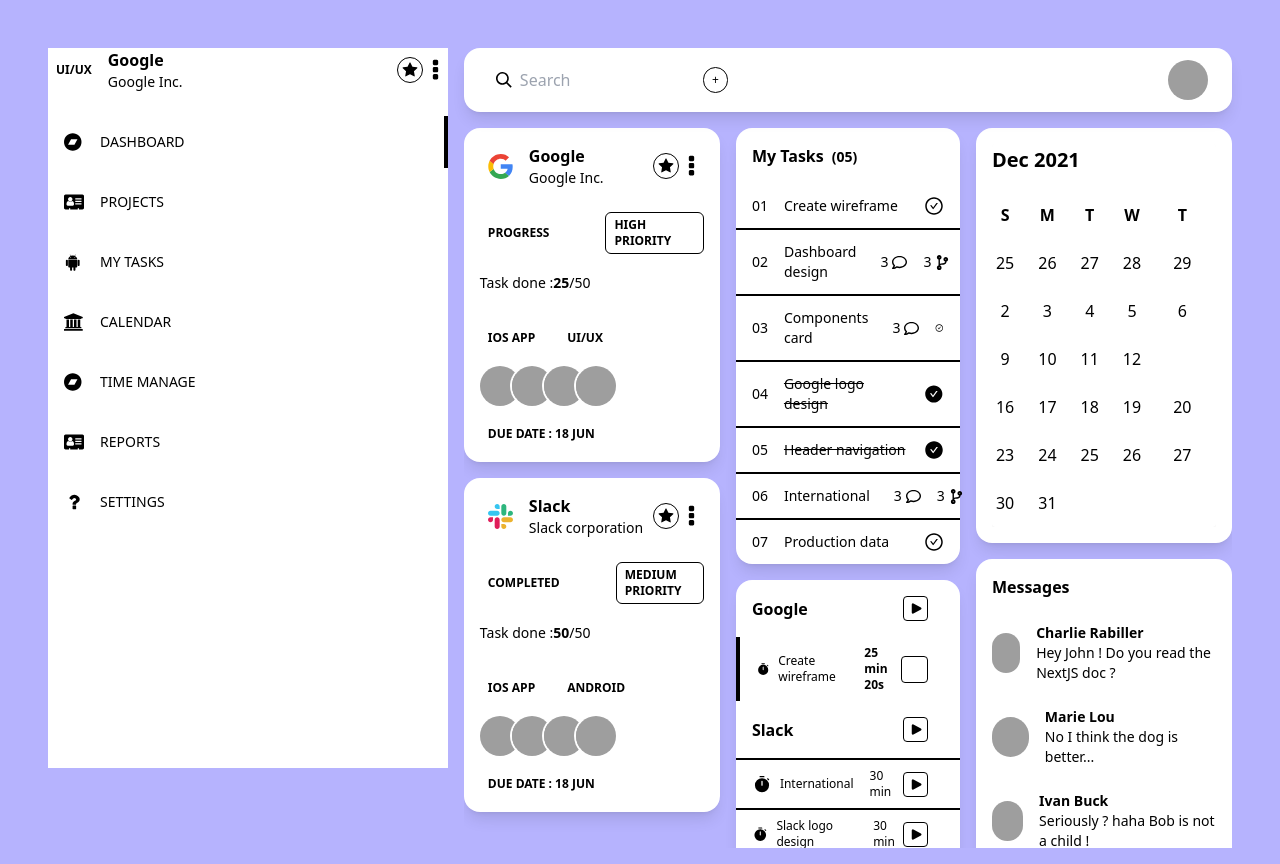
Repository: DragonKnight0522/text-rev
Page: /dashboard
The author's editor kept a copy of each file at every save. The page is drawn from the files as they stood at one save, then again after the next save.
The browser window is 1280 px wide. The pictures show the whole page.
Pictures or frames that could not be fetched are drawn as grey boxes. An inner scrolling area shows only its first screen. The project was rebuilt for these pictures with package versions that can differ from the ones it lists, and the page was loaded fresh each time. The framework's server and built-in components were replaced by stand-ins that run in the browser. Also part of the build but not shown: next.config.js.

Above is the page before, as saved 2023-08-28 16:06:00.

After the next save:
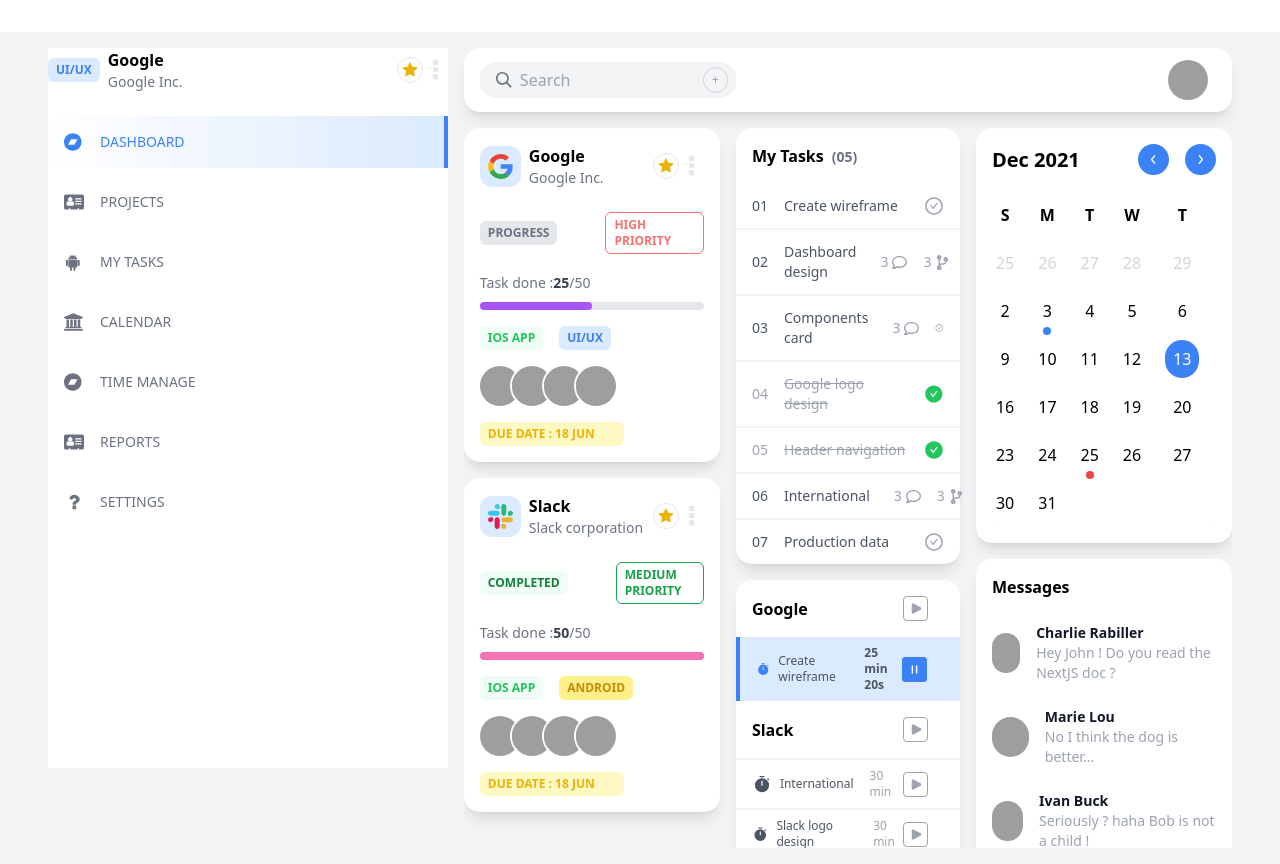
Saved 47 s later.
--- a/tailwind.config.js
+++ b/tailwind.config.js
@@ -6,12 +6,12 @@
         "./app/**/*.{js,ts,jsx,tsx,mdx}",
     ],
     theme: {
-        colors: {
-            transparent: "transparent",
-            current: "currentColor",
-            white: "#ffffff",
-            purple: "#b6b3fe",
-        },
+        // colors: {
+        //     transparent: "transparent",
+        //     current: "currentColor",
+        //     white: "#ffffff",
+        //     purple: "#b6b3fe",
+        // },
     },
     plugins: [],
 };

After the save that followed:
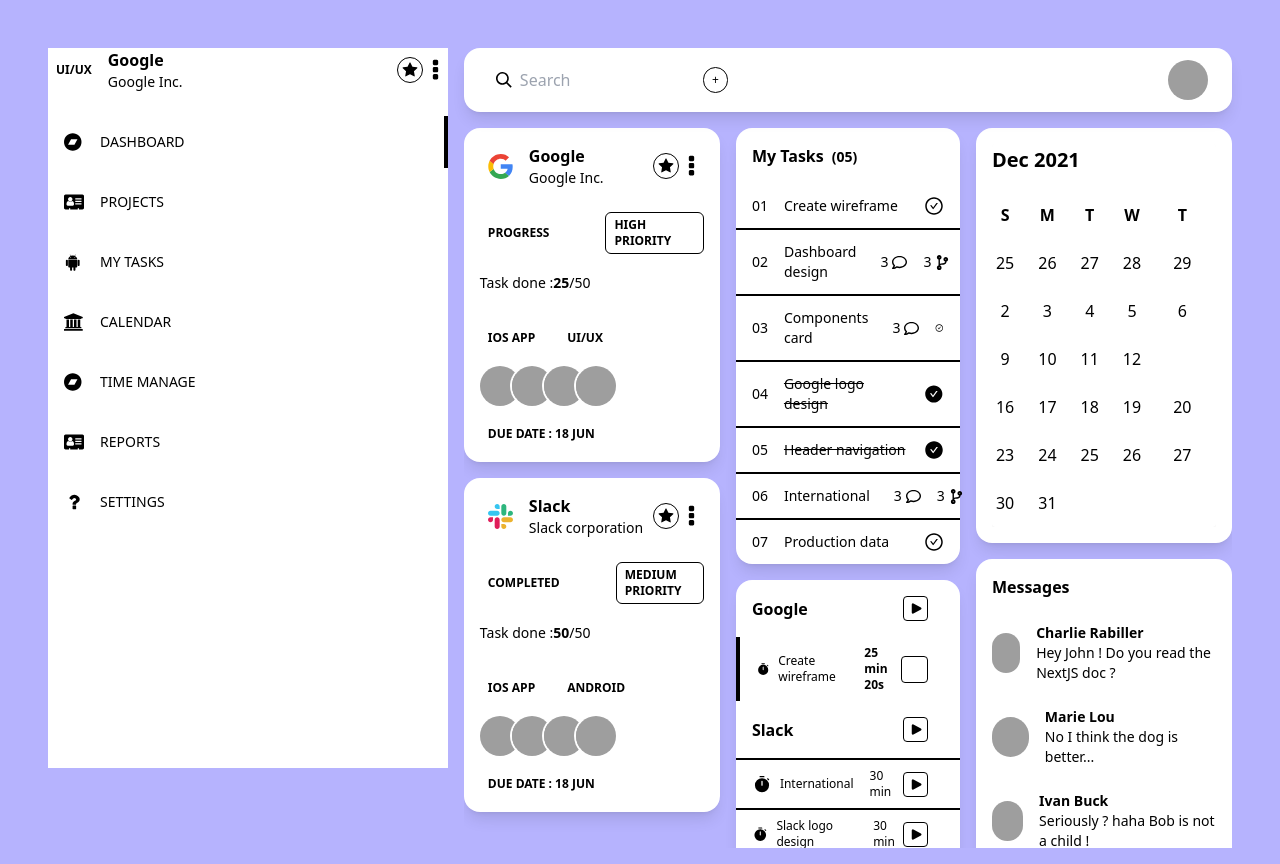
Saved 17 s later.
--- a/tailwind.config.js
+++ b/tailwind.config.js
@@ -6,12 +6,12 @@
         "./app/**/*.{js,ts,jsx,tsx,mdx}",
     ],
     theme: {
-        // colors: {
-        //     transparent: "transparent",
-        //     current: "currentColor",
-        //     white: "#ffffff",
-        //     purple: "#b6b3fe",
-        // },
+        colors: {
+            transparent: "transparent",
+            current: "currentColor",
+            white: "#ffffff",
+            purple: "#b6b3fe",
+        },
     },
     plugins: [],
 };
